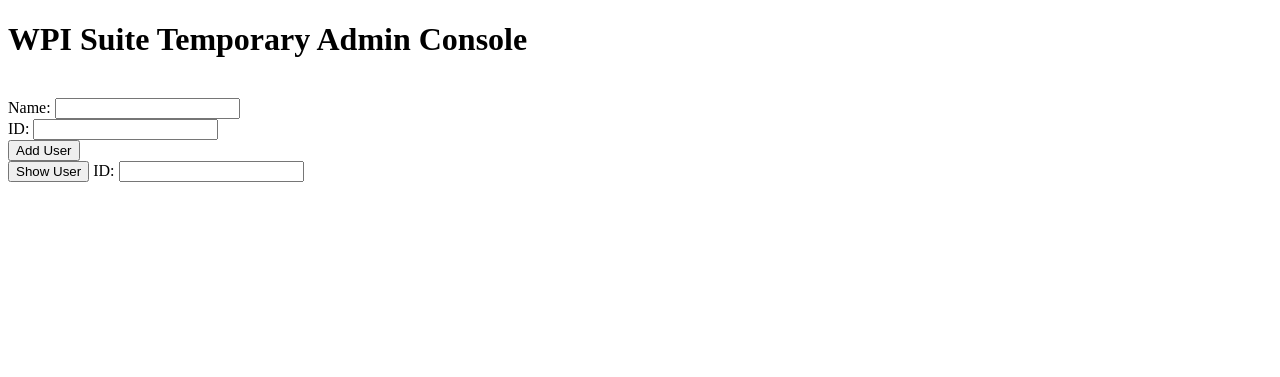
Repository: fracture91/wpi-suite-tng
Page: WPISuite/WebContent/index.html
The author's editor kept a copy of each file at every save. The page is drawn from the files as they stood at one save, then again after the next save.
The browser window is 1280 px wide. The pictures show the whole page.

Above is the page before, as saved 2012-09-23 22:55:19.

After the next save:
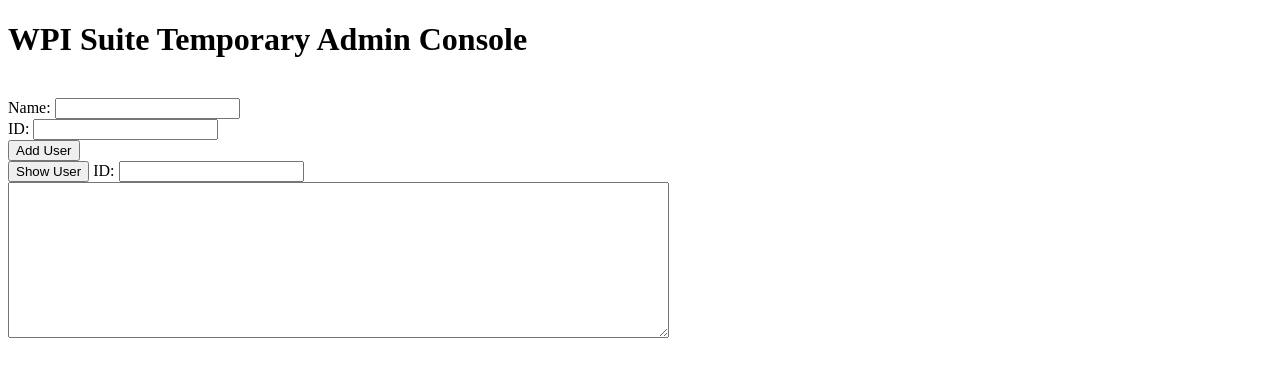
Saved 53 s later.
--- a/WPISuite/WebContent/index.html
+++ b/WPISuite/WebContent/index.html
@@ -8,7 +8,7 @@
 
 function showUser()
 {
-	document.getElementById("display").innerHTML = getUser(document.getElementById("showid").value);
+	document.getElementById("display").value = getUser(document.getElementById("showid").value);
 }
 
 
@@ -47,7 +47,7 @@
             <br />
 
             <button onclick="showUser()">Show User</button><label> ID: </label><input id="showid" maxlength="15" /> <br />
-            <div id="display"></div>
+            <textarea id="display" rows="10" cols="80"></textarea>
 
         </section>
 
